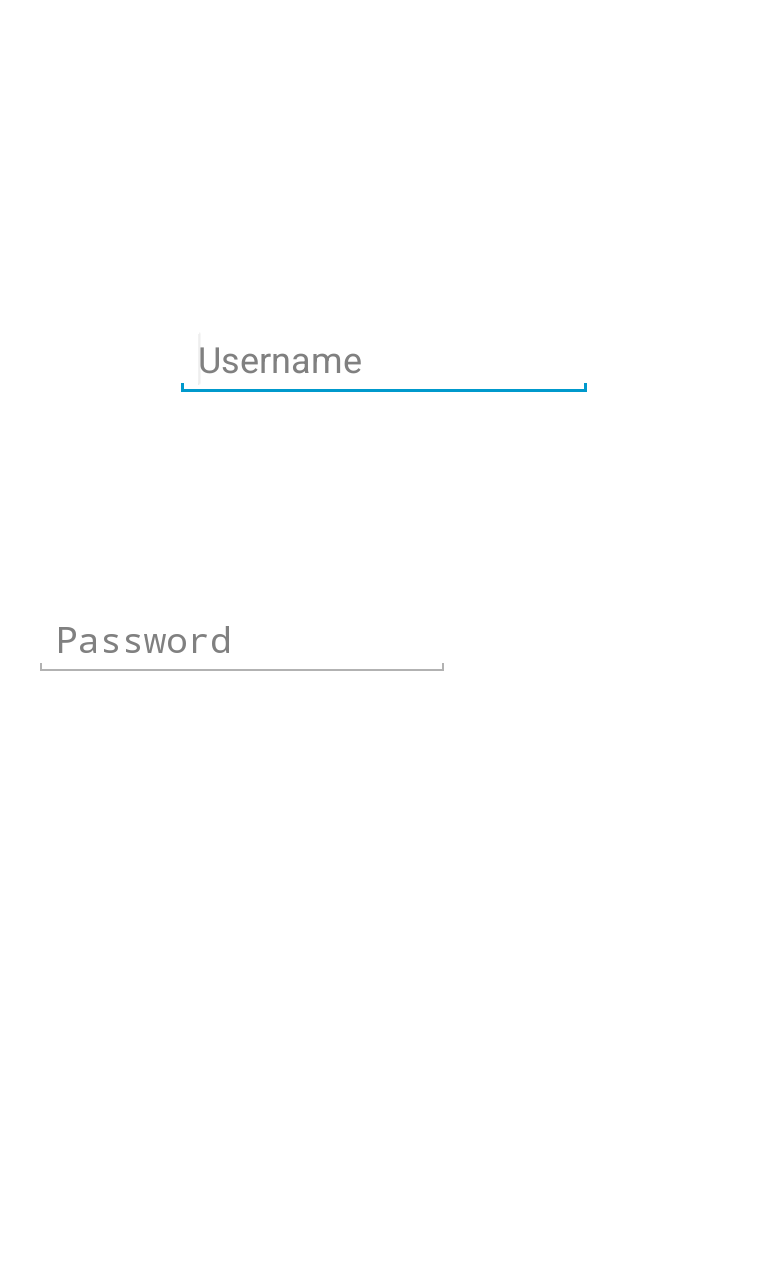
Repository: JustinHoUMD/PoolUp
Layout: PoolUp/res/layout/activity_main.xml
The author's editor kept a copy of each file at every save. The layout is drawn from the files as they stood at one save, then again after the next save.
It is drawn on a 768 x 1280 px phone screen (xhdpi) without system bars, with theme AppTheme; the app's code is not run.

Above is the layout before, as saved 2014-04-05 03:16:42.

### PoolUp/res/layout/activity_main.xml
<RelativeLayout xmlns:android="http://schemas.android.com/apk/res/android"
    xmlns:tools="http://schemas.android.com/tools"
    android:layout_width="match_parent"
    android:layout_height="match_parent"
    android:paddingBottom="@dimen/activity_vertical_margin"
    android:paddingLeft="@dimen/activity_horizontal_margin"
    android:paddingRight="@dimen/activity_horizontal_margin"
    android:paddingTop="@dimen/activity_vertical_margin"
    tools:context=".MainActivity" >

    <EditText
        android:id="@+id/username"
        android:layout_width="wrap_content"
        android:layout_height="wrap_content"
        android:layout_alignParentTop="true"
        android:layout_centerHorizontal="true"
        android:layout_marginTop="144dp"
        android:ems="10"
        android:hint="@string/Username"
        android:inputType="textPersonName" >

        <requestFocus />
    </EditText>

    <EditText
        android:id="@+id/password"
        android:layout_width="wrap_content"
        android:layout_height="wrap_content"
        android:layout_alignLeft="@+id/editText1"
        android:layout_centerVertical="true"
        android:ems="10"
        android:hint="@string/Password"
        android:inputType="textPassword" />

</RelativeLayout>

### PoolUp/res/values/strings.xml
<?xml version="1.0" encoding="utf-8"?>
<resources>

    <string name="app_name">PoolUp</string>
    <string name="action_settings">Settings</string>
    <string name="Password">Password</string>
    <string name="Username">Username</string>

</resources>

Loaded but not shown: PoolUp/res/values/styles.xml (common file); PoolUp/res/values-v11/styles.xml (common file); PoolUp/res/values-v14/styles.xml (common file); PoolUp/res/values/dimens.xml (common file)

After the next save:
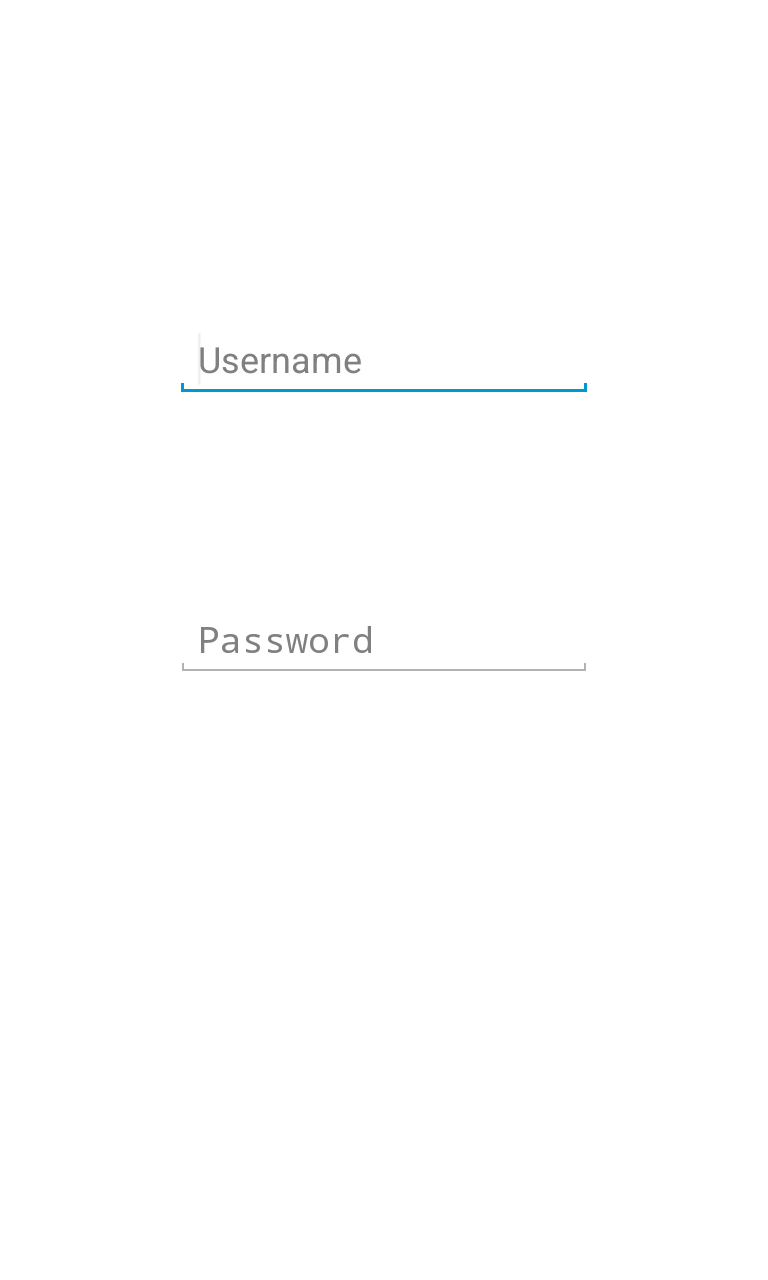
Saved 45 s later.
--- a/PoolUp/res/layout/activity_main.xml
+++ b/PoolUp/res/layout/activity_main.xml
@@ -9,7 +9,7 @@
     tools:context=".MainActivity" >
 
     <EditText
-        android:id="@+id/username"
+        android:id="@+id/editText1"
         android:layout_width="wrap_content"
         android:layout_height="wrap_content"
         android:layout_alignParentTop="true"
@@ -23,7 +23,7 @@
     </EditText>
 
     <EditText
-        android:id="@+id/password"
+        android:id="@+id/editText2"
         android:layout_width="wrap_content"
         android:layout_height="wrap_content"
         android:layout_alignLeft="@+id/editText1"

After the save that followed:
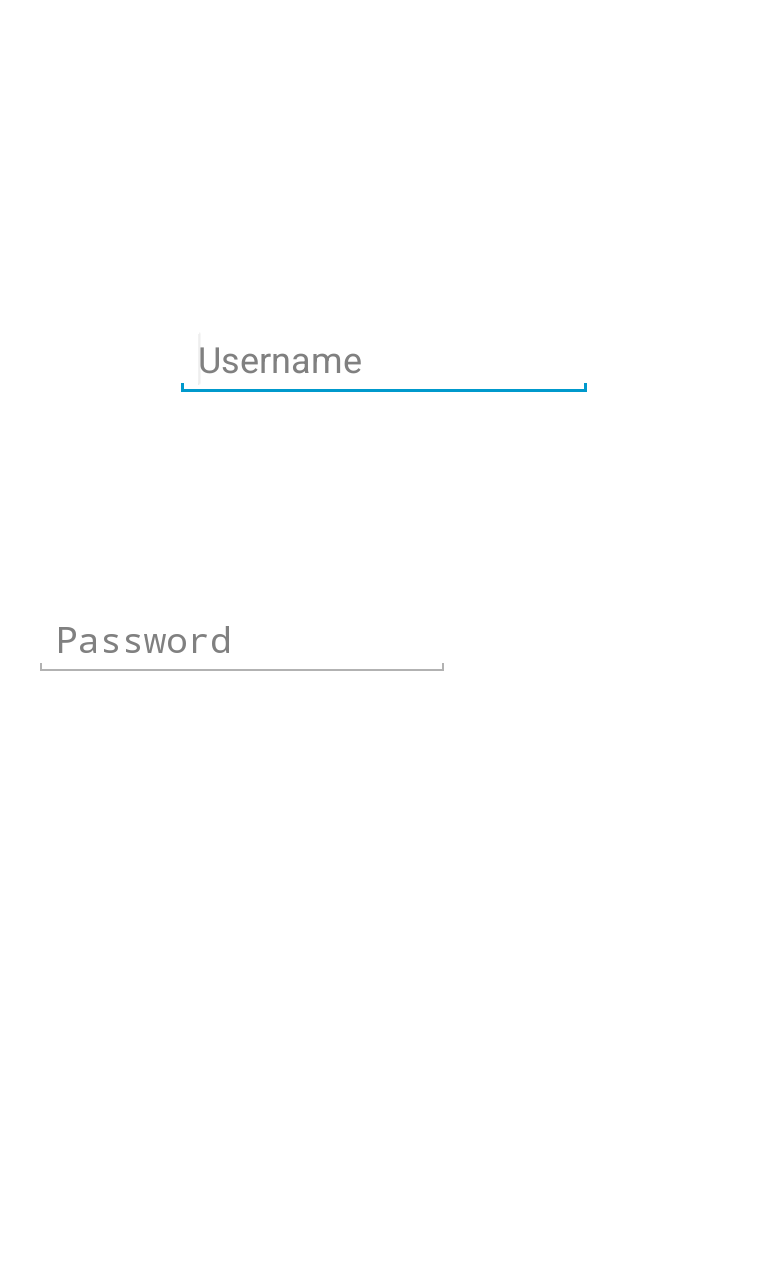
Saved 79 s later.
--- a/PoolUp/res/layout/activity_main.xml
+++ b/PoolUp/res/layout/activity_main.xml
@@ -9,7 +9,7 @@
     tools:context=".MainActivity" >
 
     <EditText
-        android:id="@+id/editText1"
+        android:id="@+id/usernameText"
         android:layout_width="wrap_content"
         android:layout_height="wrap_content"
         android:layout_alignParentTop="true"
@@ -23,7 +23,7 @@
     </EditText>
 
     <EditText
-        android:id="@+id/editText2"
+        android:id="@+id/passwordText"
         android:layout_width="wrap_content"
         android:layout_height="wrap_content"
         android:layout_alignLeft="@+id/editText1"
